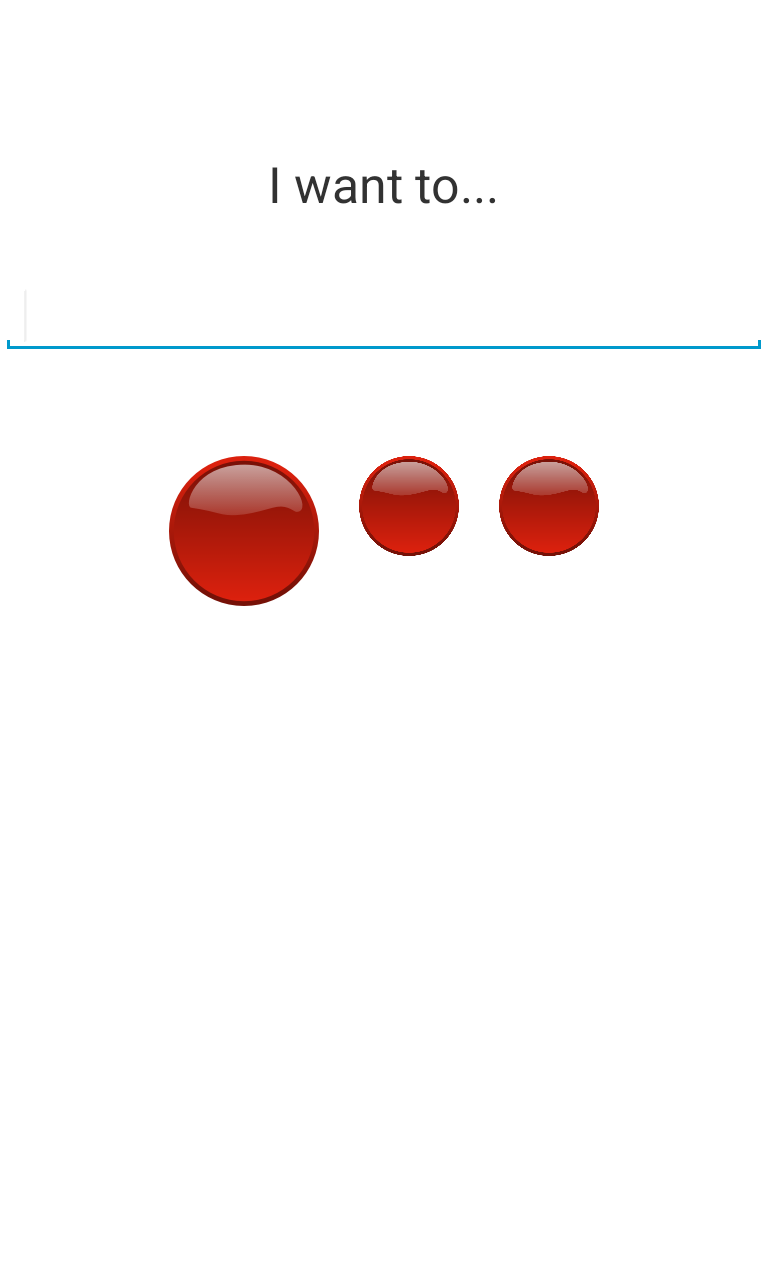
Repository: sbobra/women-startupweekend-sf
Layout: LaundryList/res/layout/activity_goal1.xml
The author's editor kept a copy of each file at every save. The layout is drawn from the files as they stood at one save, then again after the next save.
It is drawn on a 768 x 1280 px phone screen (xhdpi) without system bars, with theme AppTheme; the app's code is not run.

Above is the layout before, as saved 2013-09-15 04:18:54.

After the next save:
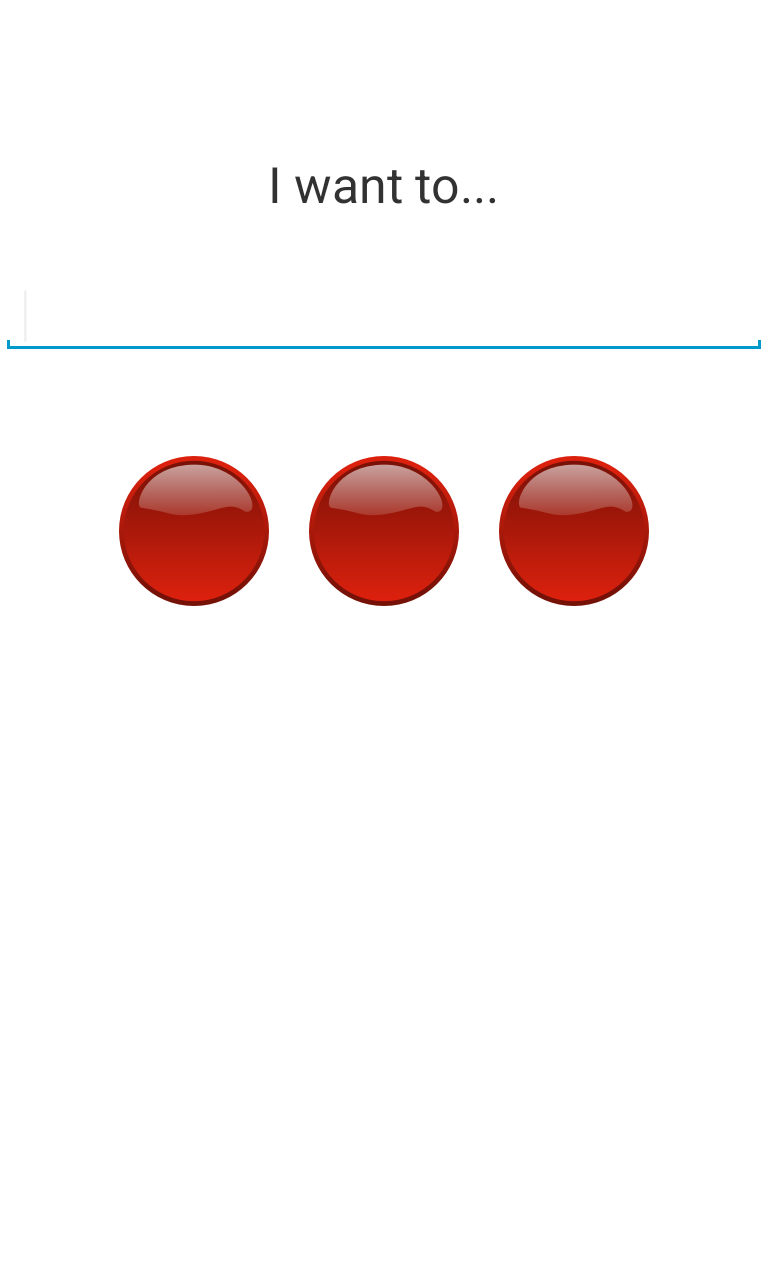
Saved 8 s later.
--- a/LaundryList/res/layout/activity_goal1.xml
+++ b/LaundryList/res/layout/activity_goal1.xml
@@ -41,15 +41,15 @@
 
         <ImageView
             android:id="@+id/seeButton"
-            android:layout_width="50dp"
-            android:layout_height="50dp"
+            android:layout_width="75dp"
+            android:layout_height="75dp"
             android:layout_marginRight="20dp"
             android:src="@drawable/redbutton" />
 
         <ImageView
             android:id="@+id/learnButton"
-            android:layout_width="50dp"
-            android:layout_height="50dp"
+            android:layout_width="75dp"
+            android:layout_height="75dp"
             android:src="@drawable/redbutton" />
 
     </LinearLayout>
